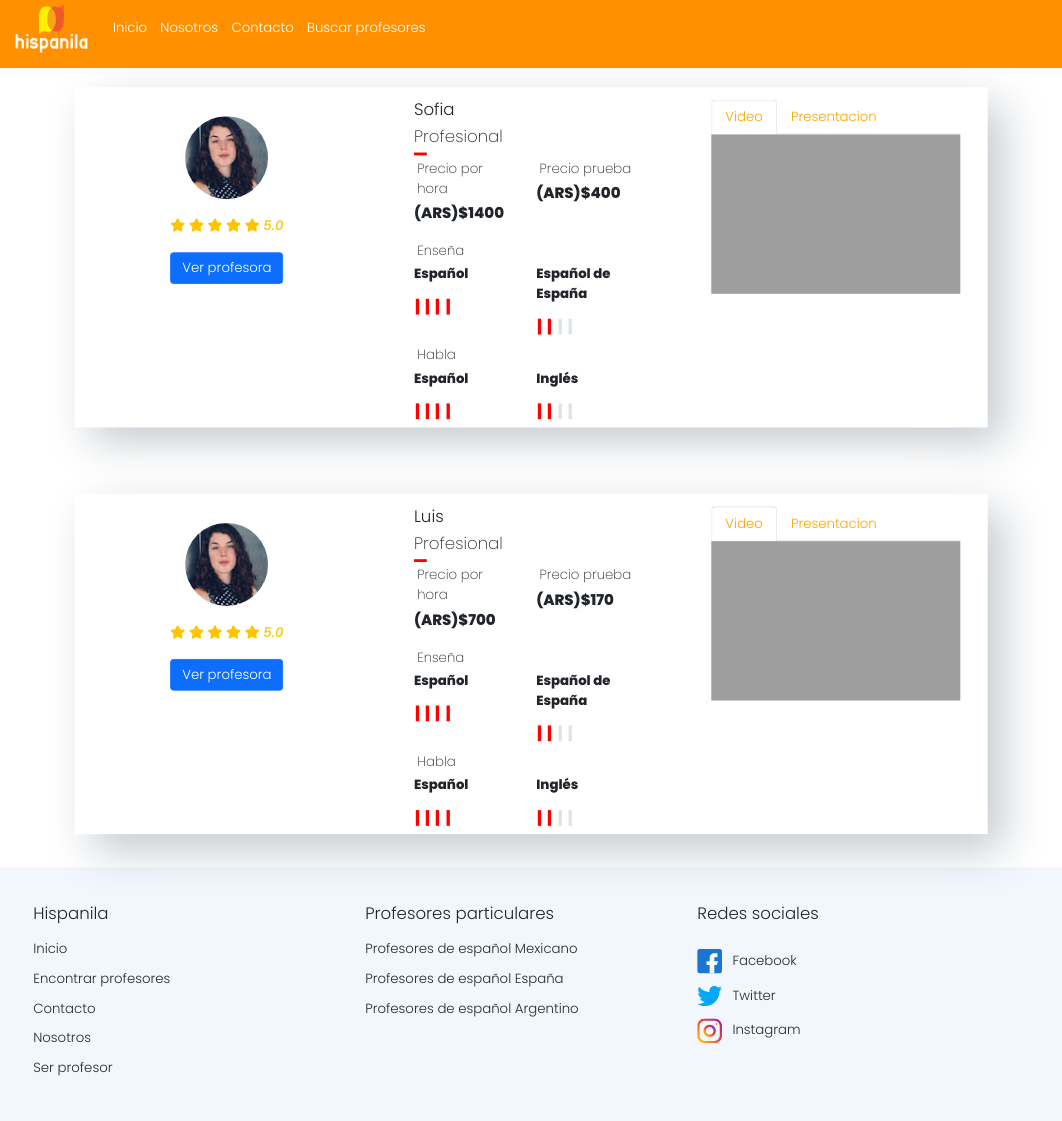
Repository: AgustinGarciaDev/Hispanila
Page: searchteacer.html
These files come from the project's save history. The page is drawn as it stood at one moment and after the next save; the edit follows.
The browser window is 1280 px wide. The pictures show the whole page, at 83% of full size.
Pictures or frames that could not be fetched are drawn as grey boxes. Some web libraries are served in a nearby version. The style sheet was rebuilt from its Sass, Less or Tailwind sources for each picture, by a compiler version that may differ from the author's.

Above is the page before, as saved 2021-01-30 11:24:29.

After the next save:
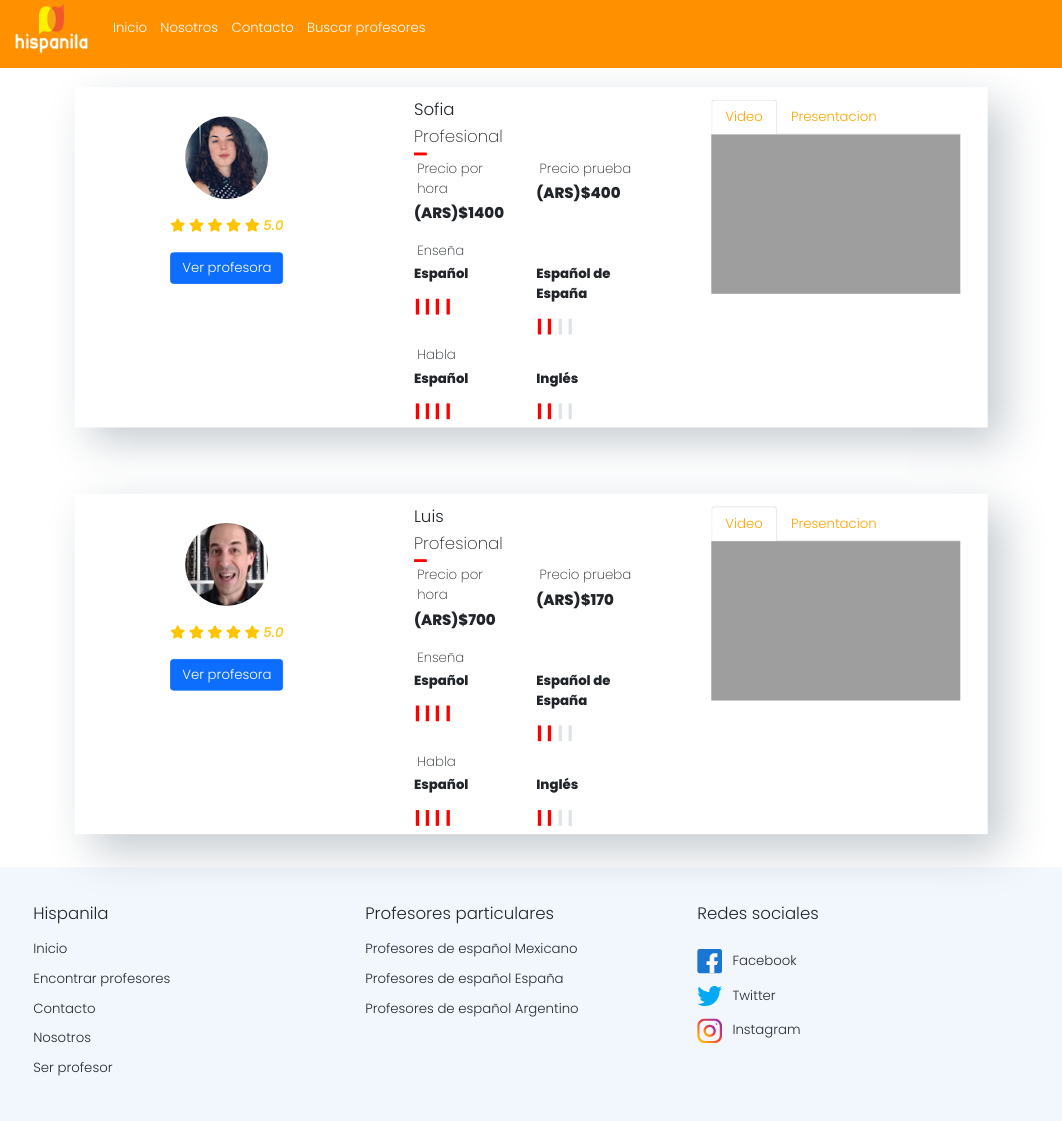
Saved 62 s later.
--- a/searchteacer.html
+++ b/searchteacer.html
@@ -170,7 +170,7 @@
             <div class="teacher__card__content">
                 <div class="teacher">
                     <div class="teacher-date">
-                        <img src="./img/teacher/teacher-one.jpg" alt="Profesora de español">
+                        <img src="./img/teacher/Teacher-two.png" alt="Profesora de español">
                         <div class="score-teacher">
                             <i class="fas fa-star"></i>
                             <i class="fas fa-star"></i>
